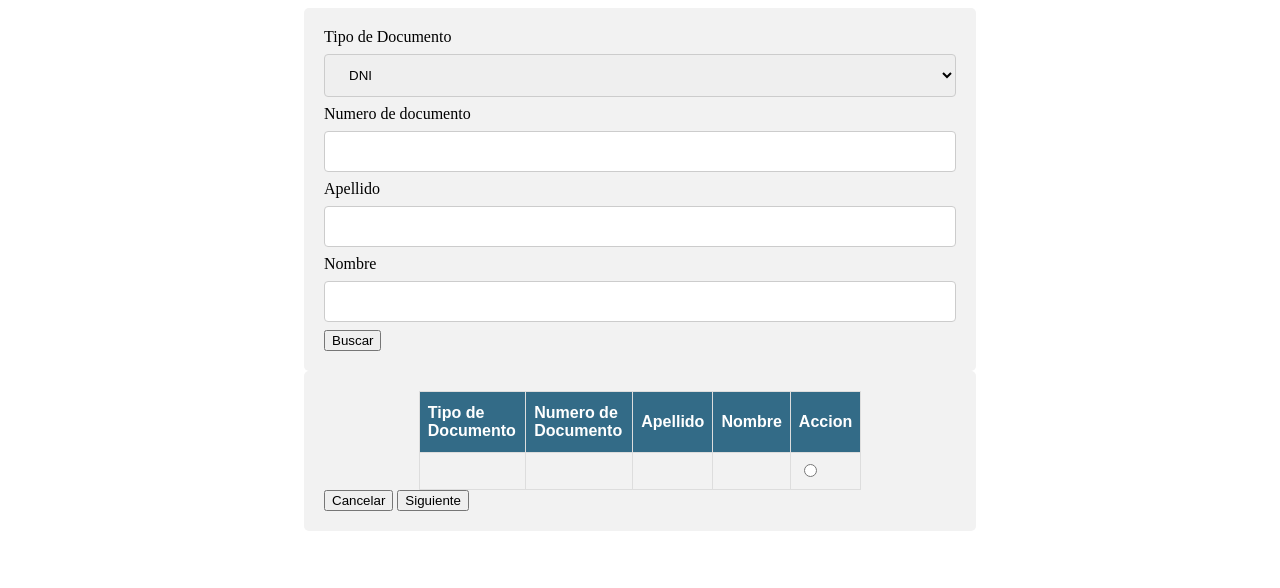
Repository: dariovtx/JavaUTNDise-o
Page: http://localhost/hotelPremier/gestionarPasajero.jsp
The author's editor kept a copy of each file at every save. The page is drawn from the files as they stood at one save, then again after the next save.
The browser window is 1280 px wide. The pictures show the whole page.
The page is served by Tomcat 9.

Above is the page before, as saved 2021-10-24 21:23:01.

After the next save:
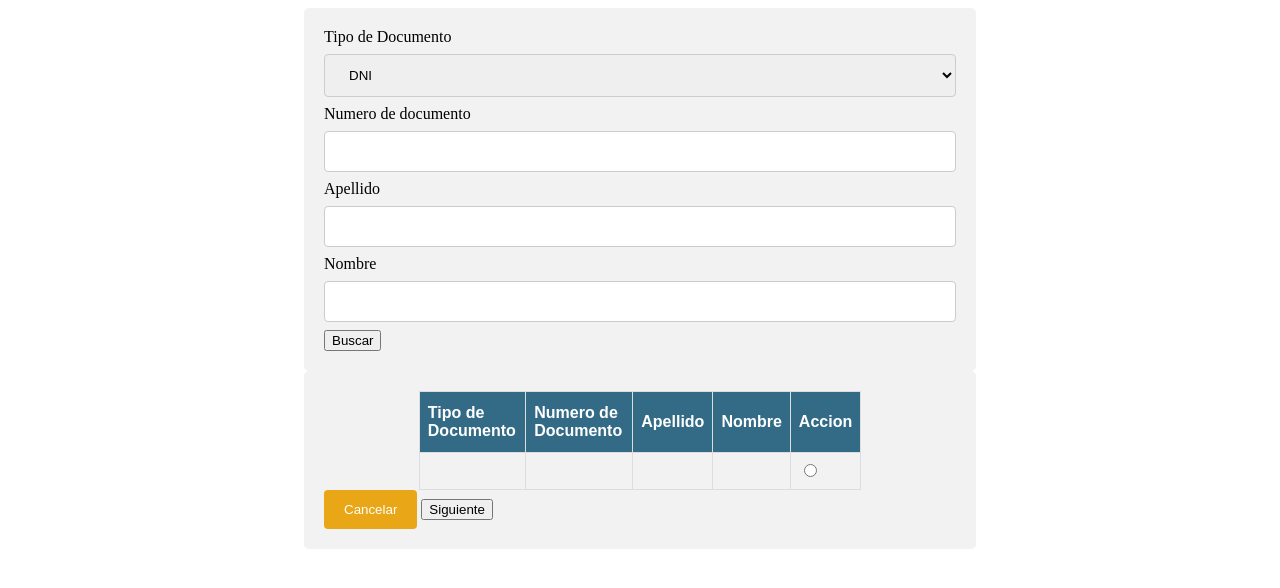
Saved 73 s later.
--- a/hotelPremier/src/main/webapp/gestionarPasajero.jsp
+++ b/hotelPremier/src/main/webapp/gestionarPasajero.jsp
@@ -82,7 +82,7 @@
 	   <%} %>
 	</table>
 
-	<input type="button" onclick="location.href='index.jsp'" value="Cancelar" />
+	<input class="warning" type="button" onclick="location.href='index.jsp'" value="Cancelar" />
 	<input type="submit" value="Siguiente">
      </form>
      </section>
